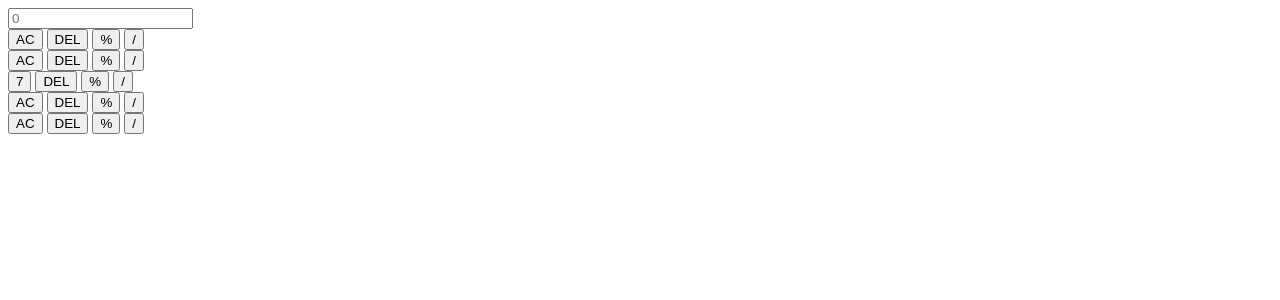
Repository: vaibhav1281/Calculator
Page: index.html
The author's editor kept a copy of each file at every save. The page is drawn from the files as they stood at one save, then again after a run of saves.
The browser window is 1280 px wide. The pictures show the whole page.

Above is the page before, as saved 2023-05-06 19:38:02.

After the next 6 saves:
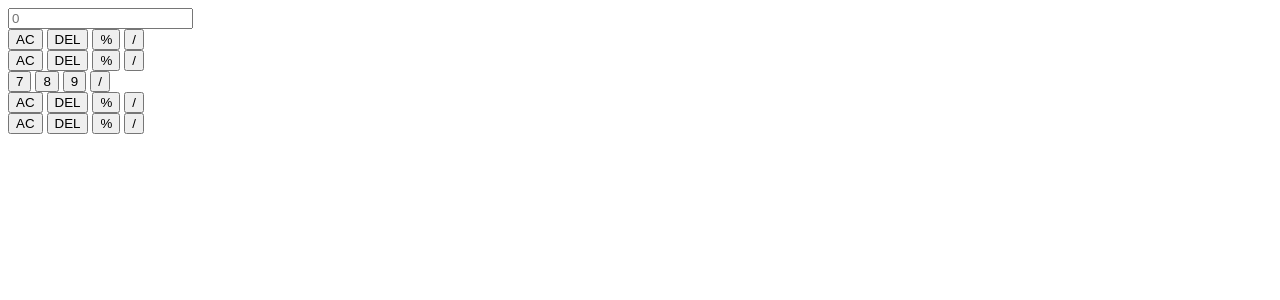
The 6 saves are shown as one change because they came seconds apart.
The last was saved 13 s later.
--- a/index.html
+++ b/index.html
@@ -24,8 +24,8 @@
         </div>
         <div>
             <button>7</button>
-            <button>DEL</button>
-            <button>%</button>
+            <button>8</button>
+            <button>9</button>
             <button>/</button>
         </div>
         <div>
